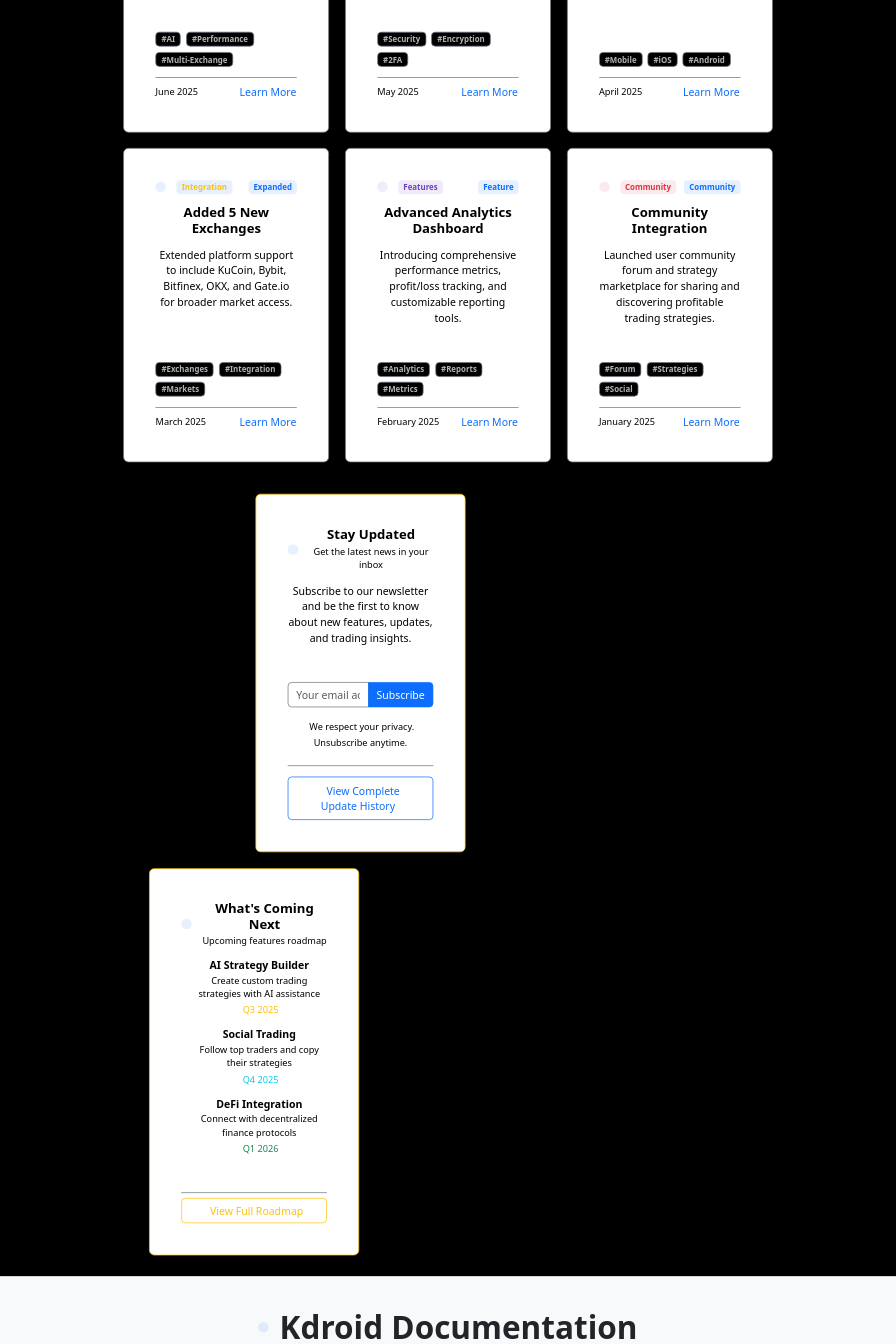
Repository: Kevin-Pro-Codes/halo-trading
Page: /
The author's editor kept a copy of each file at every save. The page is drawn from the files as they stood at one save, then again after the next save.
The browser window is 1280 px wide. The pictures show the part of the page from y = 3809 to 5729 px (the page is 19917 px tall), at 70% of full size.
The page's requests for data from a server got no answer. The project was rebuilt for these pictures with package versions that can differ from the ones it lists, and the page was loaded fresh each time. Some packages were replaced by stand-ins written for this rebuild. No one was signed in, and anything a server would have sent is missing. Also part of the build but not shown: vite.config.js, src/styles/DocStyle.css, src/styles/PricingStyle.css.

Above is the page before, as saved 2025-12-09 21:32:44.

After the next save:
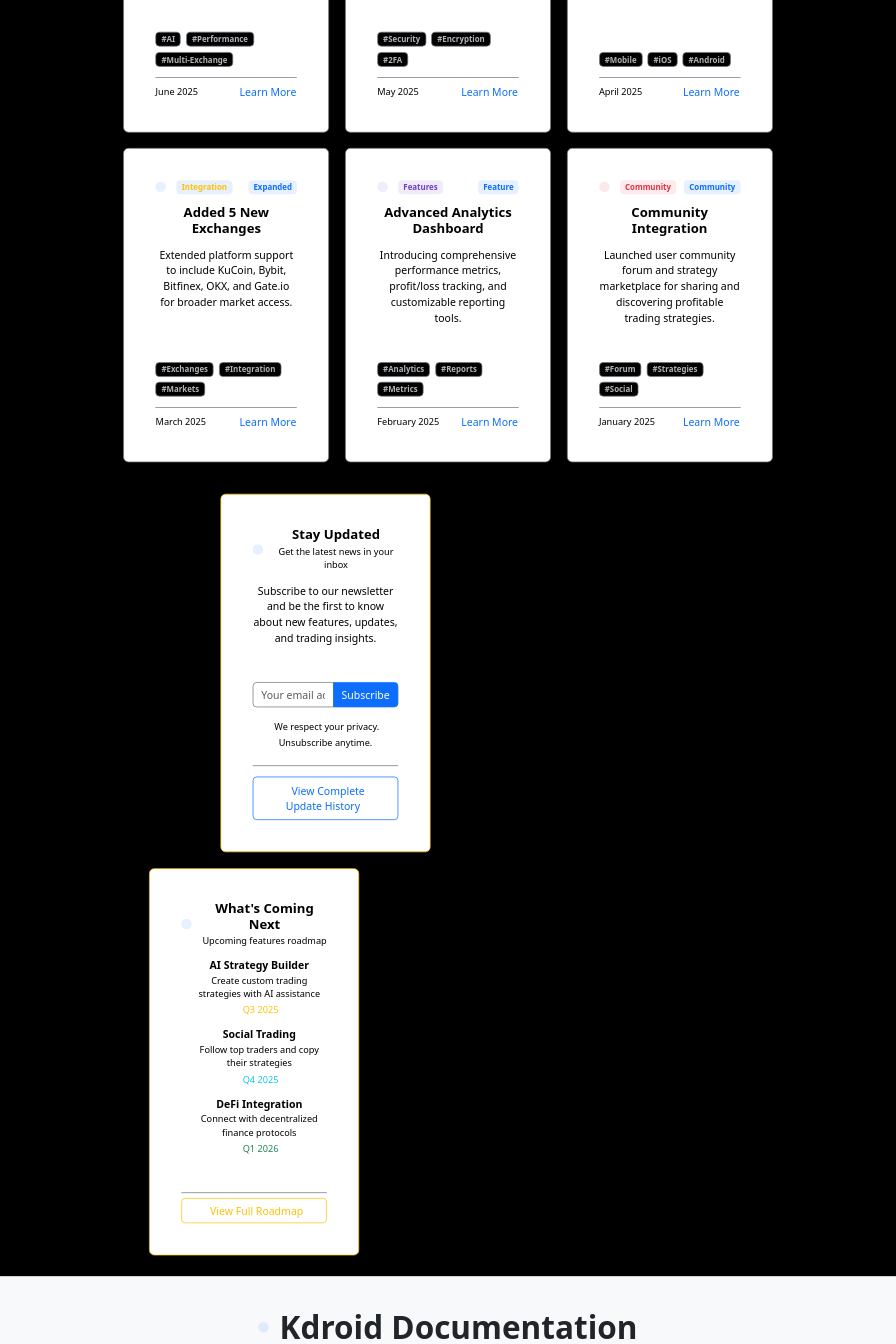
Saved 14 s later.
--- a/src/components/LatestSection.jsx
+++ b/src/components/LatestSection.jsx
@@ -192,7 +192,7 @@ const LatestSection = () => {
             <div className="row g-3 g-lg-4">
 
               {/* Left Box: Newsletter */}
-              <div className="col-12 col-lg-7" style={{ minWidth: '700px' }}>
+              <div className="col-12 col-lg-7" style={{ minWidth: '600px' }}>
                 <div className="card border-warning bg-white h-100">
                   <div className="card-body p-3 p-lg-4 d-flex flex-column">
                     <div className="d-flex align-items-center mb-3">
